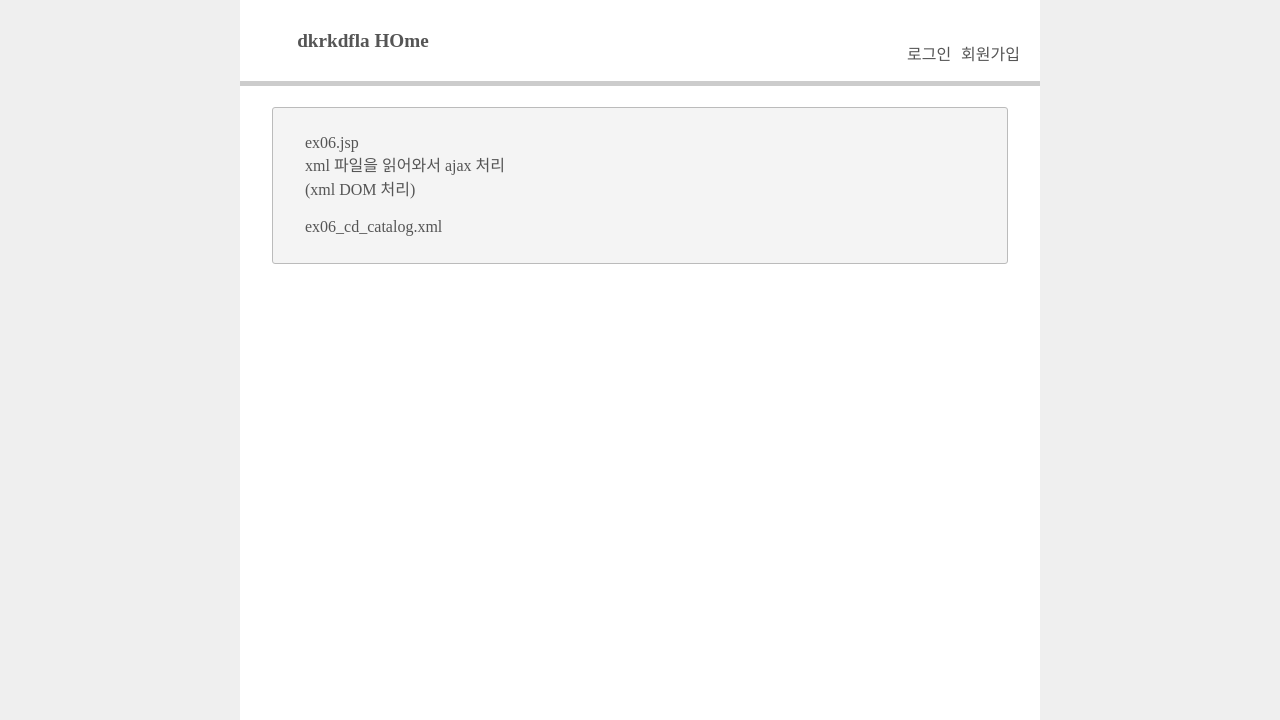
Repository: Dusajang/JSPClass
Page: http://localhost/jspPro/days09/ex06.jsp
An editor plug-in stored every save of this project. The page is shown before and after the next save, followed by the edit.
The browser window is 1280 px wide. The pictures show the whole page.
Some web fonts or font styles are not loaded; a fallback is used. The page is served by Tomcat 9.

Above is the page before, as saved 2024-10-25 05:12:47.

After the next save:
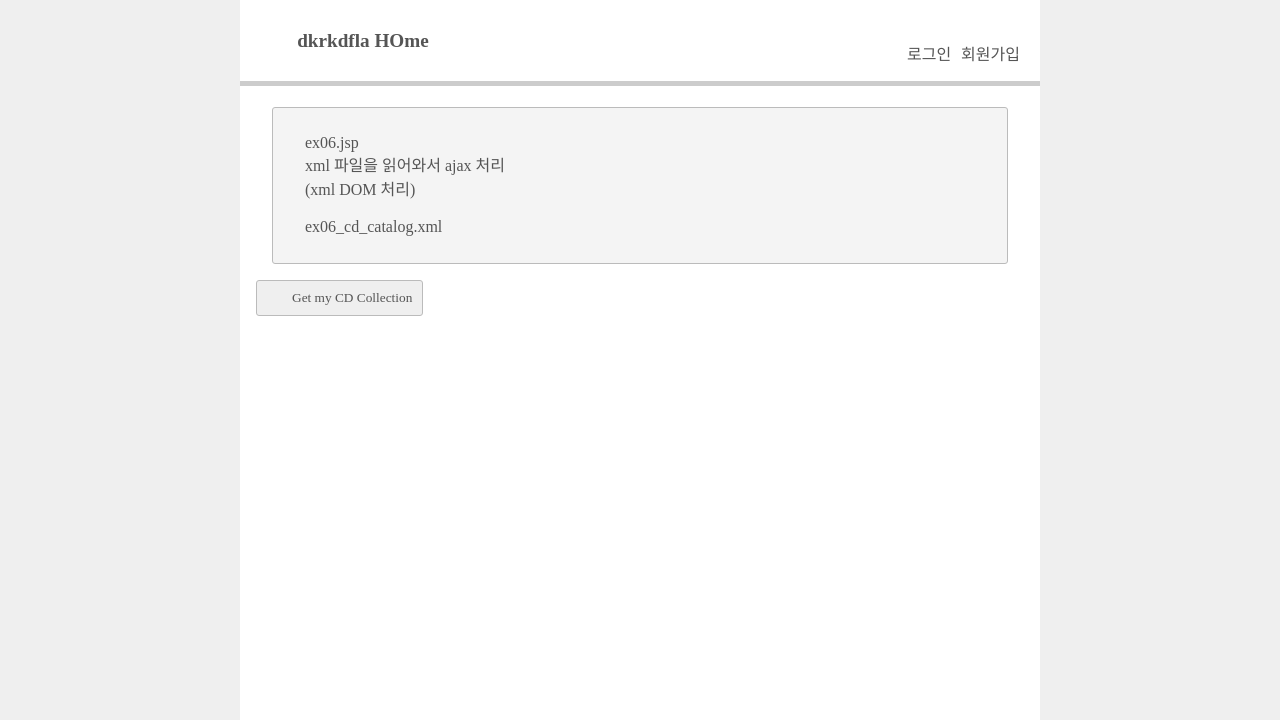
Saved 51 s later.
--- a/jspPro/src/main/webapp/days09/ex06.jsp
+++ b/jspPro/src/main/webapp/days09/ex06.jsp
@@ -34,6 +34,8 @@
 
     ex06_cd_catalog.xml
   </xmp>
+
+  <button type="button" onclick="loadXml()">Get my CD Collection</button>
 </div>
 </body>
 </html>
